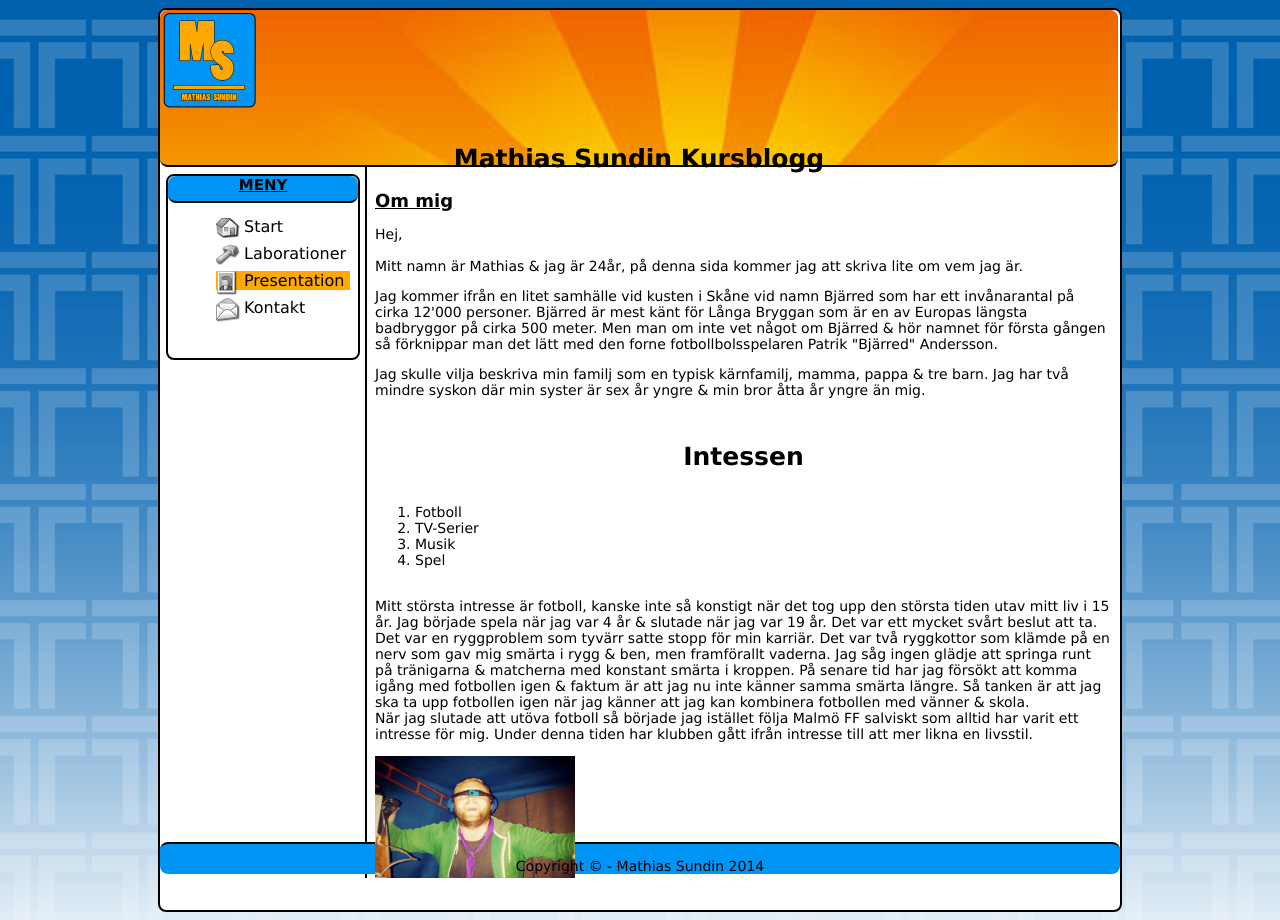
Repository: ms223uh/1ik415-laborationer
Page: www/pages/presentation.html
The author's editor kept a record of every edit. The page is drawn from the files as they stood at one moment, then again after the next edit.
The browser window is 1280 px wide. The pictures show the whole page.
An inner scrolling area shows only its first screen.

Above is the page before.

After the next edit:
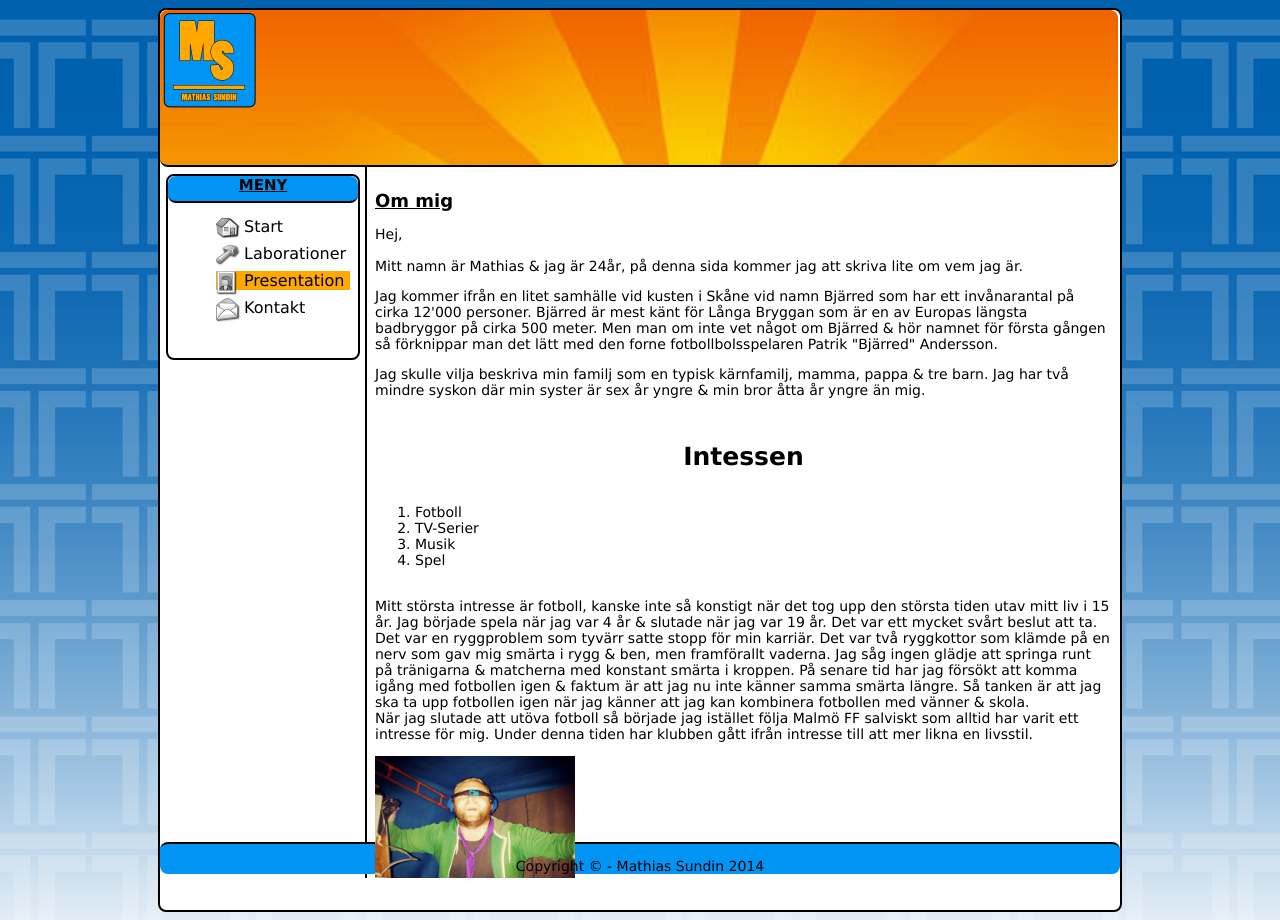
The edit:
--- a/www/pages/presentation.html
+++ b/www/pages/presentation.html
@@ -24,7 +24,7 @@
 
             <img src="../pics/logo1.png" width="100" height="100" alt="Logo">
 
-            <h4>Mathias Sundin Kursblogg</h4>
+
 
 
 
